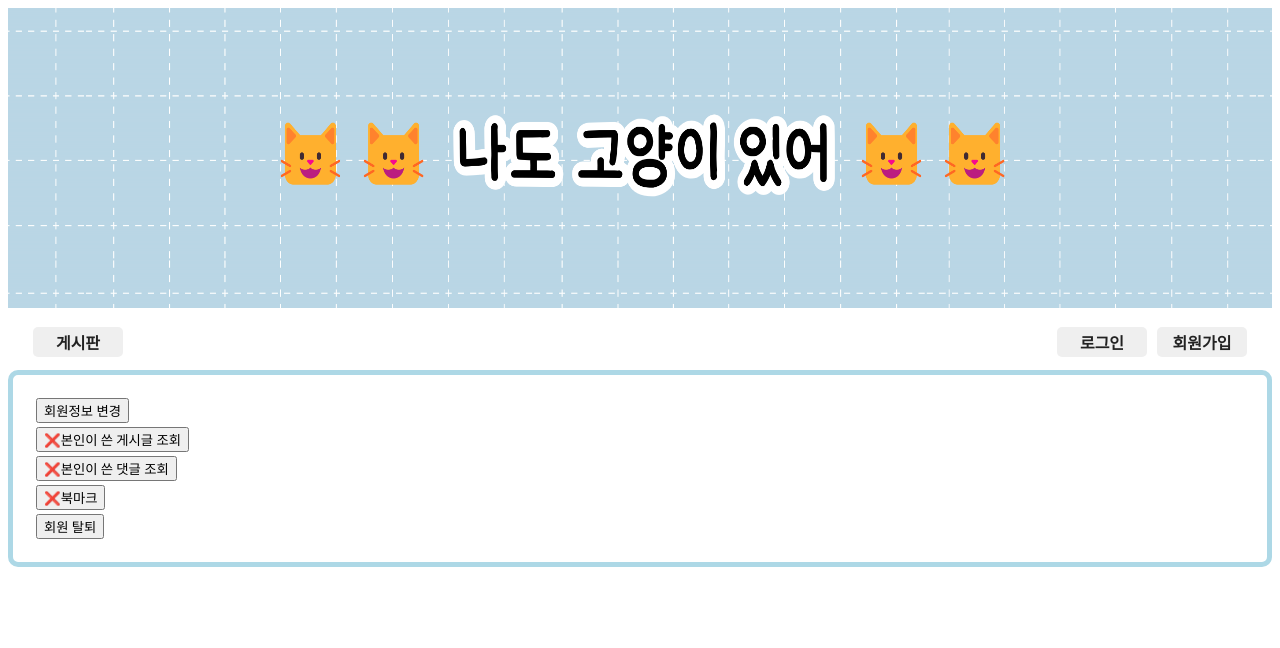
Repository: hh7711/Goit
Page: http://localhost/Goit/WEB-INF/views/myPage.jsp
An editor plug-in stored every save of this project. The page is shown before and after the next save, followed by the edit.
The browser window is 1280 px wide. The pictures show the whole page.
Some web fonts or font styles are not loaded; a fallback is used. The page is served by Tomcat 9. Nobody is signed in. Other server files are loaded and not shown. The template is opened directly, without the code that normally fills it, so the values that code supplies are empty.

Above is the page before, as saved 2023-08-06 14:01:31.

### Goit/src/main/webapp/WEB-INF/views/myPage.jsp
<%@ page language="java" contentType="text/html; charset=UTF-8"
    pageEncoding="UTF-8"%>
<%@ taglib prefix="c" uri="http://java.sun.com/jsp/jstl/core" %>
<!DOCTYPE html>
<html>
<head>
<meta charset="UTF-8">
<title>나도 고양이 있어</title>
	<style type="text/css">
		@font-face {
		    font-family: 'Dovemayo_gothic';
		    src: url('https://cdn.jsdelivr.net/gh/projectnoonnu/noonfonts_2302@1.1/Dovemayo_gothic.woff2') format('woff2');
		    font-weight: normal;
		    font-style: normal;
		}
		body,button {
			font-family: 'Dovemayo_gothic';
		}
		#main1{
			border: 5px solid lightblue;
			border-radius: 10px;
			padding: 20px;
		}
		.headBtnDiv{
			margin-bottom: 30px; margin-top: 10px;
			margin-left: 20px; margin-right: 20px;
		}
		.headBtn{
        	border: 0.5px;
        	width: 90px;
        	height: 30px;
        	color: rgb(34, 34, 34);
        	border-radius: 5px;
        	font-size: medium;
        	font-weight: bold;
        	margin-top: 5px; margin-left: 5px; margin-right: 5px; margin-bottom: 30px;
        }
        .headBtn:hover{
        	background-color: rgb(211, 253, 255);
        	box-shadow: 1px 1px 5px #ccc;
        }
        .headId{
        	font-size: medium;
        	font-weight: bold;
        	margin-top: 8px; margin-left: 5px; margin-right: 5px; margin-bottom: 10px;
        }
        .BtnDiv{
        	margin-left: auto; margin-right: auto;
        }
	</style>
</head>
<body>
	<div>
		<a href="mainPage">
			<img style="height: 300px;" alt="오류" src="resources/main/main15.png" width="100%">
		</a>
	</div>
	<div class="headBtnDiv">
		<button type="button" class="headBtn" style="float: left;" onclick="location.href='boardList'">게시판</button>
		<c:if test="${dto == null}">
			<button type="button" class="headBtn" style="float: right;" onclick="location.href='signUpPage'">회원가입</button>&nbsp;
			<button type="button" class="headBtn" style="float: right;" onclick="location.href='signInPage'">로그인</button>
		</c:if>
		<c:if test="${dto != null}">
			<button type="button" class="headBtn" style="float: right;" onclick="location.href='signOut'">로그아웃</button>&nbsp;
			<button type="button" class="headBtn" style="float: right;" onclick="location.href='myPage'">마이페이지</button>
			<span class="headId" style="float: right;">${dto.id}님</span>
		</c:if>
	</div>
	<div id="main1">
		<div id="main2">
			<div class="BtnDiv"><!-- 본문 -->
				<table>
					<tr>
						<td>
							<div>
								<button type="button" id="memberInfo" class="Btn">회원정보 변경</button>
							</div>
						</td>
					</tr>
					<tr>
						<td>
							<div>
								<button type="button" onclick="location.href='#'">❌본인이 쓴 게시글 조회</button>
							</div>
						</td>
					</tr>
					<tr>
						<td>
							<div>
								<button type="button" onclick="location.href='#'">❌본인이 쓴 댓글 조회</button>
							</div>
						</td>
					</tr>
					<tr>
						<td>
							<div>
								<button type="button" onclick="location.href='#'">❌북마크</button>
							</div>
						</td>
					</tr>
					<tr>
						<td>
							<div>
								<button type="button" id="memberDelete">회원 탈퇴</button>
							</div>
						</td>
					</tr>
				</table>
			</div><!-- 본문 -->
		</div><!-- main1 -->
	</div><!-- main2 -->
	<form id="formId" name="formId" method="post">
		<input type="hidden" value="${dto.id}" name="id">
	</form>
	<script src="https://ajax.googleapis.com/ajax/libs/jquery/3.3.1/jquery.min.js"></script>
    <script type="text/javascript">
    	$("#memberInfo").on("click", function() {
    		console.log("눌러는지니?");
    		$("#formId").attr("action", "memberInfoPage");
    		console.log($("#formId input[name='id']").val());
    		$("#formId").submit();
    	});
    	$("#memberDelete").on("click", function() {
    		console.log("눌러는지니?");
    		$("#formId").attr("action", "memberDeletePage");
    		console.log($("#formId input[name='id']").val());
    		$("#formId").submit();
    	});
    </script>
</body>
</html>

After the next save:
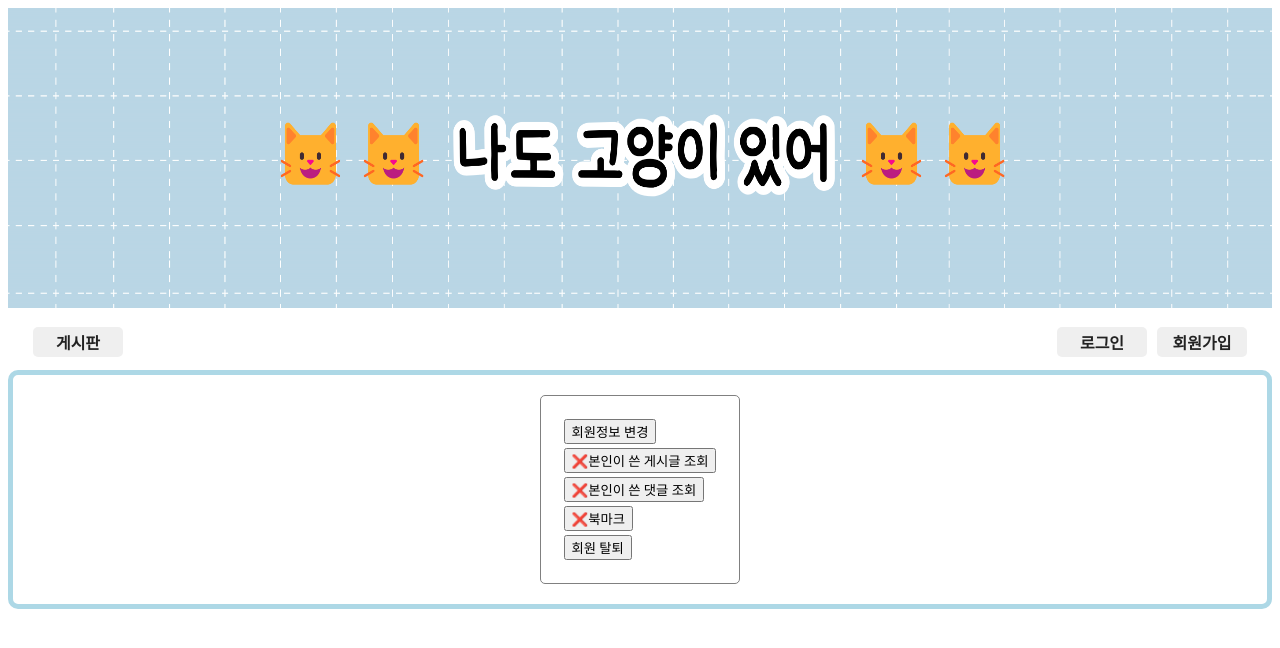
Saved 14 min 14 s later.
--- a/Goit/src/main/webapp/WEB-INF/views/myPage.jsp
+++ b/Goit/src/main/webapp/WEB-INF/views/myPage.jsp
@@ -46,6 +46,12 @@
         }
         .BtnDiv{
         	margin-left: auto; margin-right: auto;
+        }
+        table{
+            margin-left: auto; margin-right: auto;
+            padding: 20px;
+            border: 0.2px solid gray;
+            border-radius: 5px;
         }
 	</style>
 </head>
